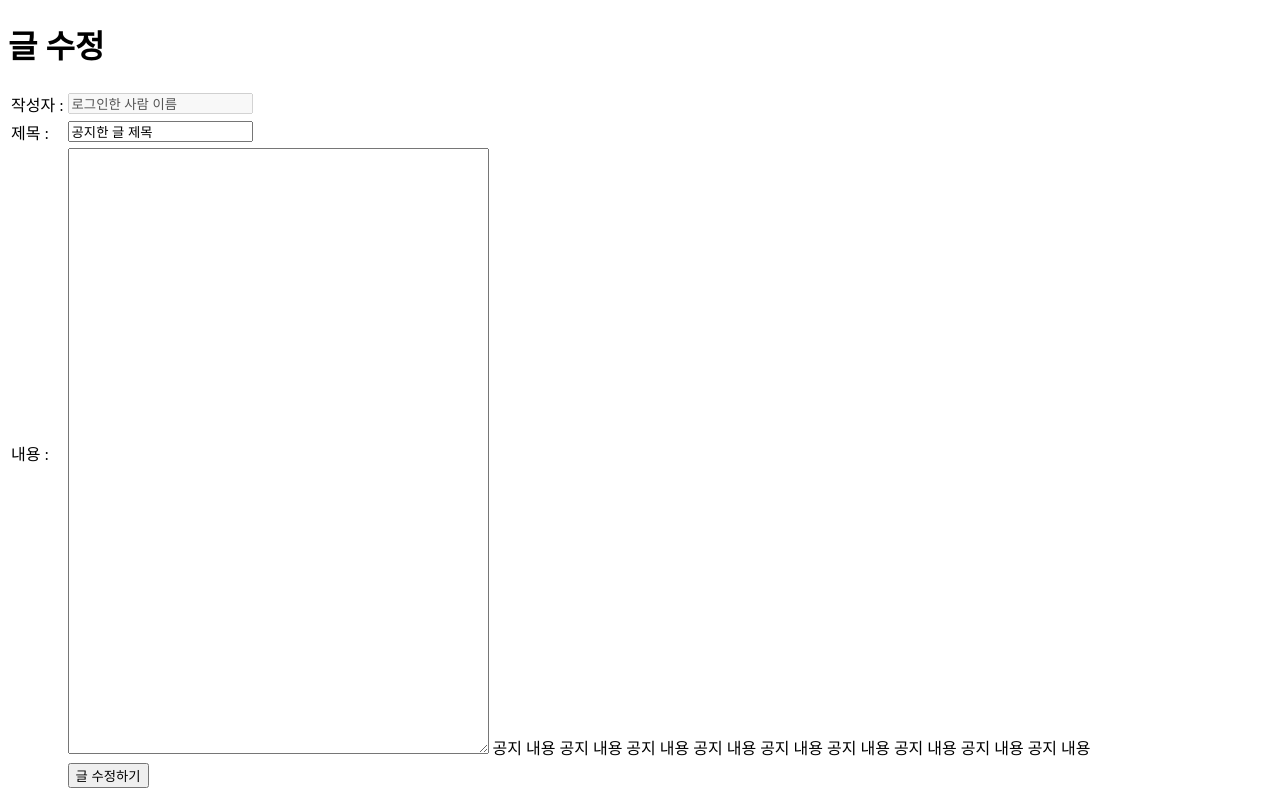
Repository: lbj0314/webTest
Page: Html_ex1/WebContent/notice/noticeUpdate.html
An editor plug-in stored every save of this project. The page is shown before and after the next save, followed by the edit.
The browser window is 1280 px wide. The pictures show the whole page.

Above is the page before, as saved 2019-10-16 00:06:13.

After the next save:
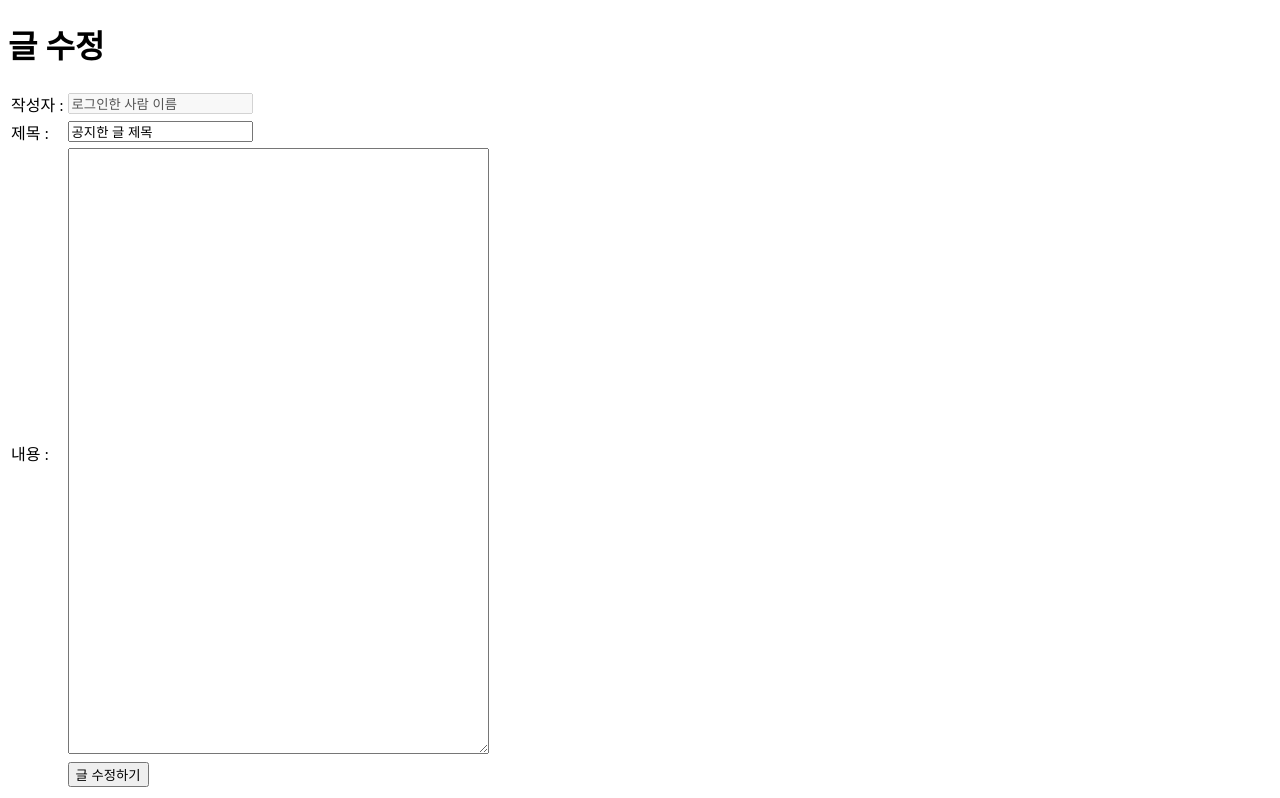
Saved 69 s later.
--- a/Html_ex1/WebContent/notice/noticeUpdate.html
+++ b/Html_ex1/WebContent/notice/noticeUpdate.html
@@ -21,15 +21,7 @@
 	<tr>
 	<td>내용 : </td>
 	<td> <textarea rows="40" cols="50" name="content"></textarea>
-	공지 내용
-	공지 내용
-	공지 내용
-	공지 내용
-	공지 내용
-	공지 내용
-	공지 내용
-	공지 내용
-	공지 내용
+
 	</td>
 	</tr>
 	<tr>
